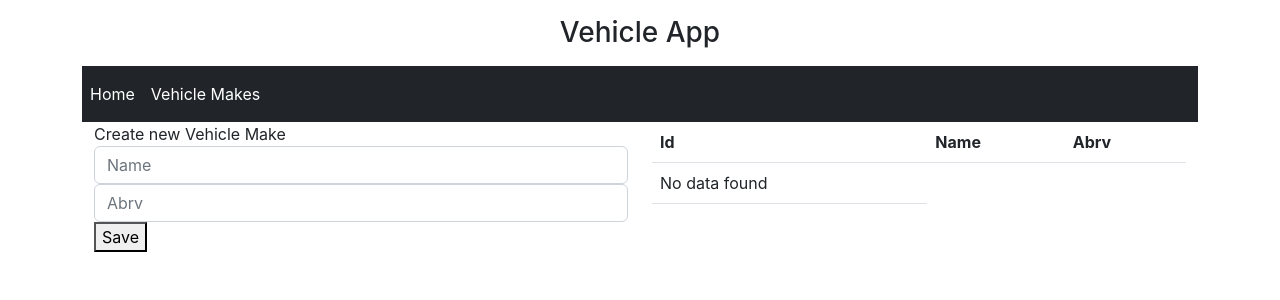
Repository: magdalenarajic/VehicleFrontend
Page: /Makes
An editor plug-in stored every save of this project. The page is shown before and after the next save, followed by the edit.
The browser window is 1280 px wide. The pictures show the whole page.
The page's requests for data from a server got no answer. The project was rebuilt for these pictures with package versions that can differ from the ones it lists, and the page was loaded fresh each time. No one was signed in, and anything a server would have sent is missing. Also part of the build but not shown: src/App.css, src/components/Home.js.

Above is the page before, as saved 2023-03-07 20:36:53.

### public/index.html
<!DOCTYPE html>
<html lang="en">
  <head>
    <meta charset="utf-8" />
    <link rel="icon" href="%PUBLIC_URL%/favicon.ico" />
    <meta name="viewport" content="width=device-width, initial-scale=1" />
    <meta name="theme-color" content="#000000" />
    <meta
      name="description"
      content="Web site created using create-react-app"
    />
    <link rel="apple-touch-icon" href="%PUBLIC_URL%/logo192.png" />
    <!--
      manifest.json provides metadata used when your web app is installed on a
      user's mobile device or desktop. See https://developers.google.com/web/fundamentals/web-app-manifest/
    -->
    <link rel="manifest" href="%PUBLIC_URL%/manifest.json" />
    <!--
      Notice the use of %PUBLIC_URL% in the tags above.
      It will be replaced with the URL of the `public` folder during the build.
      Only files inside the `public` folder can be referenced from the HTML.

      Unlike "/favicon.ico" or "favicon.ico", "%PUBLIC_URL%/favicon.ico" will
      work correctly both with client-side routing and a non-root public URL.
      Learn how to configure a non-root public URL by running `npm run build`.
    -->
    <link
  rel="stylesheet"
  href="https://cdn.jsdelivr.net/npm/bootstrap@5.2.3/dist/css/bootstrap.min.css"
  integrity="sha384-rbsA2VBKQhggwzxH7pPCaAqO46MgnOM80zW1RWuH61DGLwZJEdK2Kadq2F9CUG65"
  crossorigin="anonymous"
/>
    <title>React App</title>
  </head>
  <body>
    <noscript>You need to enable JavaScript to run this app.</noscript>
    <div id="root"></div>
    <!--
      This HTML file is a template.
      If you open it directly in the browser, you will see an empty page.

      You can add webfonts, meta tags, or analytics to this file.
      The build step will place the bundled scripts into the <body> tag.

      To begin the development, run `npm start` or `yarn start`.
      To create a production bundle, use `npm run build` or `yarn build`.
    -->
  </body>
</html>

### src/App.js
import './App.css';
import { Home } from './components/Home';
import VehicleMake  from './components/VehicleMake';
import {Navigation} from './components/Navigation';

import {BrowserRouter, Route, Routes} from 'react-router-dom';

function App() {
  return (
    <BrowserRouter>
    <div className='container'>
    <header>
      <h3 className="m-3 d-flex justify-content-center">
        Vehicle App
      </h3>
      </header>
      <div>
      <Navigation/>
       <Routes>
        <Route path='/' element={<Home/>} />
        <Route path='/Makes' element={<VehicleMake/>} />
       </Routes>
    </div>
    </div>
    </BrowserRouter>
  );
}

export default App;

### src/components/VehicleMake.js
import React, { useEffect, useState} from "react";
import { Observer } from "mobx-react";
import makeStore from "../stores/makeStore";
import { Container, Table, Col , Row} from "react-bootstrap";


const MakeList = () => {


  const [name, setName] = useState("");
  const [abrv, setAbrv] = useState("");

    useEffect(() => {
        makeStore.getData();

      }, []);

    const deleteData = (id) => {
          makeStore.deleteData(id);
      };

    const saveData = () => {
        makeStore.createData(abrv,name);
        setName(" ");
        setAbrv(" ");
        window.location.reload(true);
      };


    return (
        <Observer>
        {() => (
          <><Container>
            <Row>
              <Col >
          <label> Create new Vehicle Make</label>
               <input
                  type={"text"}
                  className="form-control"
                  placeholder="Name"
                  value={name}
                  onChange={(e) => setName(e.target.value)}
                ></input>
                <input
                  type={"text"}
                  className="form-control"
                  placeholder="Abrv"
                  value={abrv}
                  onChange={(e) => setAbrv(e.target.value)}
                ></input>
              <Col><button className="create-button" onClick={() => saveData()}>Save</button></Col>
          <br></br>
          </Col>
          <Col >
          <Table>
              <thead>
                <tr>
                  <th> Id </th>
                  <th> Name</th>
                  <th> Abrv</th>
                </tr>
              </thead>
              <tbody>
                {makeStore.vehicleData && makeStore.vehicleData.length > 0 ? (
                  makeStore.vehicleData.map((make, index) => {
                    return (
                      <tr key={index}>
                        <td>{make.Id}</td>
                        <td>{make.Name}</td>
                        <td>{make.Abrv}</td>
                        <td>
                          <button className="delete-btn" onClick={() => deleteData(make.Id)}>
                            Delete
                          </button>
                        </td>
                      </tr>
                    );
                  })
                ) : (<tr><td>No data found</td></tr>)}
              </tbody>
            </Table>
            </Col>
            </Row>
            </Container>
            </>
        )}
        </Observer>
      )
};

export default MakeList;

### src/components/Navigation.js
import React, {Component} from 'react';
import {Navbar,Nav} from 'react-bootstrap';

export class Navigation extends Component{

    render(){
          return(
            <Navbar bg="dark" variant="dark" >
            <Nav variant="pills">
                <Nav.Link className="d-inline p-2 text-white " href="/" >
                    Home
                </Nav.Link>
                <Nav.Link className="d-inline p-2 text-white" href="/makes" >
                    Vehicle Makes
                </Nav.Link>
            </Nav>
           </Navbar>
          )
    }
}

### src/stores/makeStore.js
import { observable, action, makeObservable } from "mobx";
import makeService from "../services/makeService";

class MakeStore {
  constructor() {
    makeObservable(this, {
      status: observable,
      vehicleData: observable,
      getData: action,
      createData: action,
      deleteData: action,
      updateData: action,
    });
  }

  status = "initial";
  vehicleData = [];

  getData = () => {
    makeService
      .getVehicleMakes()
      .then((result) => {
        this.vehicleData = result.data;
      })
      .catch((error) => {
        console.log(error);
        this.status = "error";
      });
  };

  createData = (abrv, name) => {
    const vehicleData = { Abrv: abrv, Name: name };

    makeService.postVehicleMake(vehicleData).then((response) => {
      if (response.body === true) {
        this.status = "success";
        this.getData();
      }
    });
  };

  deleteData = (id) => {
    makeService.deleteVehicleMake(id).then((response) => {
      this.getData();
    });
  };

  updateData = (abrv, name, id) => {
    const vehicleData = { Abrv: abrv, Name: name };
    makeService.putVehicleMake(id, vehicleData).then((response) => {
      if (response.status === 200) {
        this.status = "success";
        this.getData();
      }
    });
  };
}

const makeStore = new MakeStore();
export default makeStore;

### src/services/makeService.js
import axios from "axios";

const errorHandler = (error) => {
  console.log(error);
};

const baseUrl = "https://localhost:44304/api/VehicleMakes"

class MakeService {
  getVehicleMakes = () => {
    return axios.get(`${baseUrl}`).catch(errorHandler);
  };


  item = {
    Name: " ",
    Abrv: " "
  };
  postVehicleMake = (item) => {
    return axios.post(`${baseUrl}`, item).catch(errorHandler);
  };


  deleteVehicleMake = (id) => {
    return axios.delete(`${baseUrl}/${id}/`)
    .catch(errorHandler);
  };

  putVehicleMake = (id,item) => {
    axios.put(`${baseUrl}/${id}`, item).catch(errorHandler);
  };

}
const makeService = new MakeService();
export default makeService;
// testing -- getVehicleMakes().then((result) => console.log(result));

Loaded but not shown: src/index.js (common file); src/index.css (common file); src/reportWebVitals.js (common file)

After the next save:
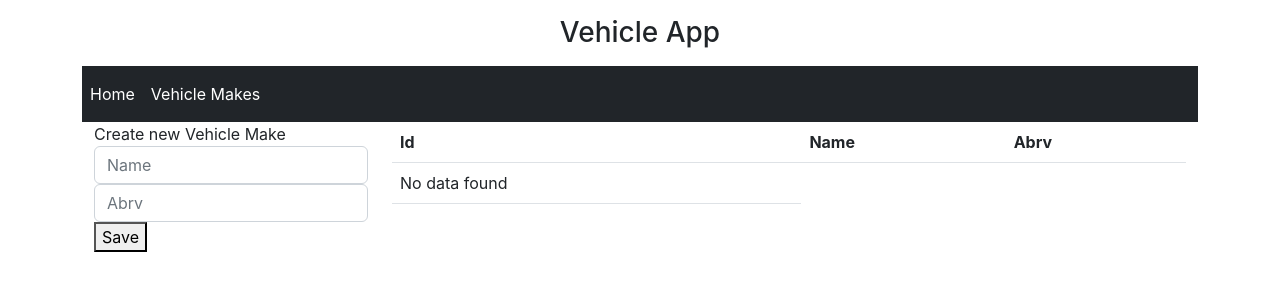
Saved 70 s later.
--- a/src/components/VehicleMake.js
+++ b/src/components/VehicleMake.js
@@ -32,7 +32,7 @@ const MakeList = () => {
         {() => (
           <><Container>
             <Row>
-              <Col >
+              <Col md="auto">
           <label> Create new Vehicle Make</label>
                <input
                   type={"text"}
